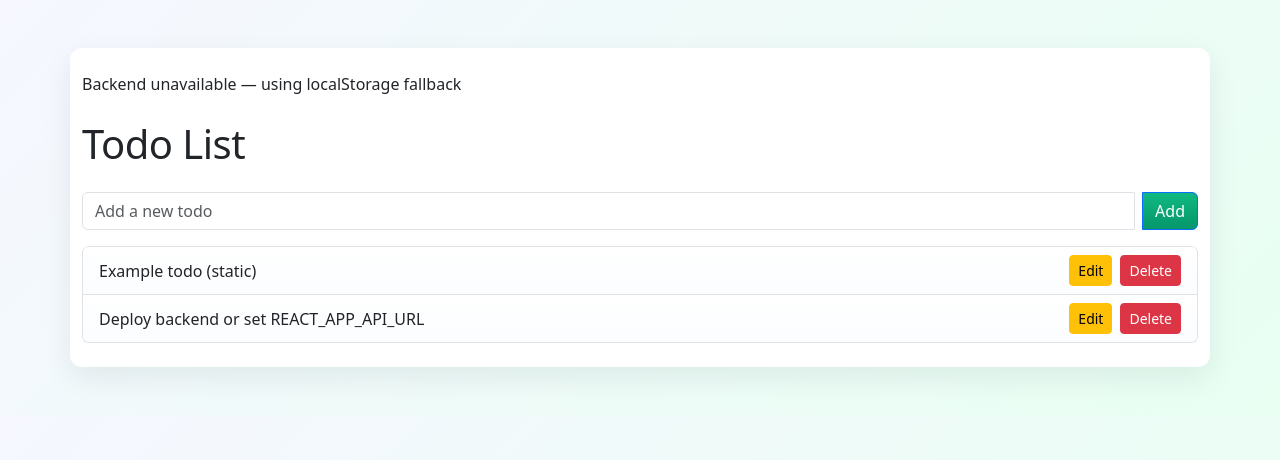
Repository: tomislavblazevic/Etridebelt
Page: / (app in frontend/)
An editor plug-in stored every save of this project. The page is shown before and after the next save, followed by the edit.
The browser window is 1280 px wide. The pictures show the whole page.
The page's requests for data from a server got no answer. The project was rebuilt for these pictures with package versions that can differ from the ones it lists, and the page was loaded fresh each time. No one was signed in, and anything a server would have sent is missing. Also part of the build but not shown: frontend/vite.config.ts.

Above is the page before, as saved 2026-03-18 16:02:24.

After the next save:
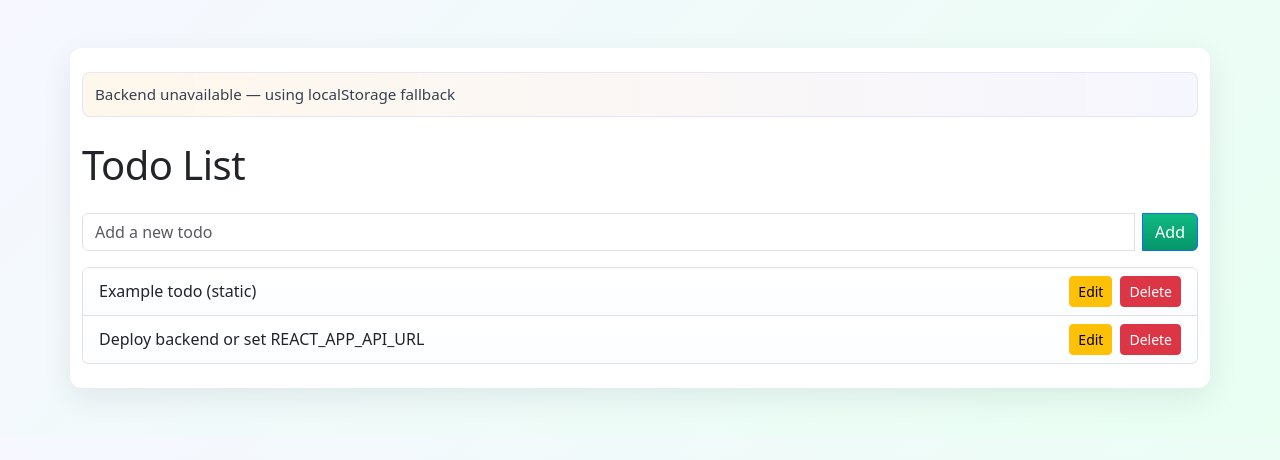
Saved 8 s later.
--- a/frontend/src/App.css
+++ b/frontend/src/App.css
@@ -75,3 +75,13 @@ h1{
   .container{margin:20px;padding:16px}
   h1{font-size:1.4rem}
 }
+
+.alert-fallback{
+  background: linear-gradient(90deg, rgba(245,158,11,0.08), rgba(99,102,241,0.06));
+  border:1px solid rgba(99,102,241,0.12);
+  color:#374151;
+  padding:10px 12px;
+  border-radius:8px;
+  margin-bottom:12px;
+  font-size:0.95rem;
+}
